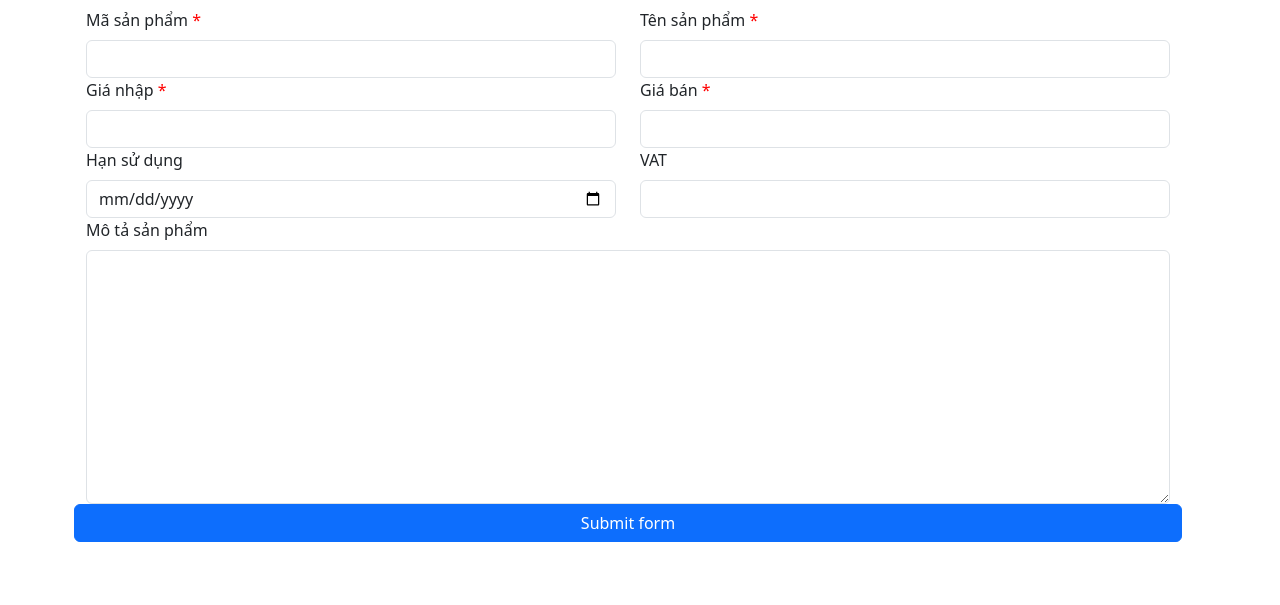
Repository: PhiKhongHoang/JSP-Servlet
Page: http://localhost/Bai10_BaiTapBatLoi/Product.jsp
These files come from the project's save history. The page is drawn as it stood at one moment and after the next save; the edit follows.
The browser window is 1280 px wide. The pictures show the whole page.
The page is served by Tomcat 9.

Above is the page before, as saved 2024-02-17 12:50:57.

### Bai10_BaiTapBatLoi/src/main/webapp/Product.jsp
<%@ page language="java" contentType="text/html; charset=UTF-8"
	pageEncoding="UTF-8"%>
<!DOCTYPE html>
<html>
<head>
<meta charset="UTF-8">
<title>Insert title here</title>
<link
	href="https://cdn.jsdelivr.net/npm/bootstrap@5.3.2/dist/css/bootstrap.min.css"
	rel="stylesheet"
	integrity="sha384-T3c6CoIi6uLrA9TneNEoa7RxnatzjcDSCmG1MXxSR1GAsXEV/Dwwykc2MPK8M2HN"
	crossorigin="anonymous">
<script
	src="https://cdn.jsdelivr.net/npm/@popperjs/core@2.11.8/dist/umd/popper.min.js"
	integrity="sha384-I7E8VVD/ismYTF4hNIPjVp/Zjvgyol6VFvRkX/vR+Vc4jQkC+hVqc2pM8ODewa9r"
	crossorigin="anonymous"></script>
<script
	src="https://cdn.jsdelivr.net/npm/bootstrap@5.3.2/dist/js/bootstrap.min.js"
	integrity="sha384-BBtl+eGJRgqQAUMxJ7pMwbEyER4l1g+O15P+16Ep7Q9Q+zqX6gSbd85u4mG4QzX+"
	crossorigin="anonymous"></script>

	<style>
		.rq {
			color: red;
		}
	</style>
</head>
<body>
	<div class="container mt-4">
		<form class="row g-3 needs-validation" action="">
			<div class="row">
				<div class="col-6">
					<label for="maSanPham" class="form-label">
						Mã sản phẩm <span class="rq">*</span>
					</label>
					<input type="text" class="form-control" id="maSanPham" name="maSanPham" required>
				</div>
				<div class="col-6">
					<label for="tenSanPham" class="form-label">
						Tên sản phẩm <span class="rq">*</span>
					</label>
					<input type="text" class="form-control" id="tenSanPham" name="tenSanPham" required>
				</div>
			</div>
			<div class="row">
				<div class="col-6">
					<label for="giaNhap" class="form-label">
						Giá nhập <span class="rq">*</span>
					</label>
					<input type="number" step="0.01" class="form-control" id="giaNhap" name="giaNhap" required>
				</div>
				<div class="col-6">
					<label for="giaBan" class="form-label">
						Giá bán <span class="rq">*</span>
					</label>
					<input type="number" step="0.01" class="form-control" id="giaBan" name="giaBan" required>
				</div>
			</div>
			<div class="row">
				<div class="col-6">
					<label for="hanSuDung" class="form-label">
						Hạn sử dụng
					</label>
					<input type="date" class="form-control" id="hanSuDung" name="hanSuDung">
				</div>
				<div class="col-6">
					<label for="vat" class="form-label">
						VAT
					</label>
					<input type="number" class="form-control" id="vat" name="vat">
				</div>
			</div>
			<div class="row">
				<div class="col-12">
					<label for="moTa" class="form-label">
						Mô tả sản phẩm
					</label>
					<textarea class="form-control" rows="10" cols="" id="moTa" name="moTa"></textarea>
				</div>
			</div>
			<div class="row">
				<button class="btn btn-primary" type="submit">Submit form</button>
			</div>
		</form>
	</div>
</body>
</html>

After the next save:
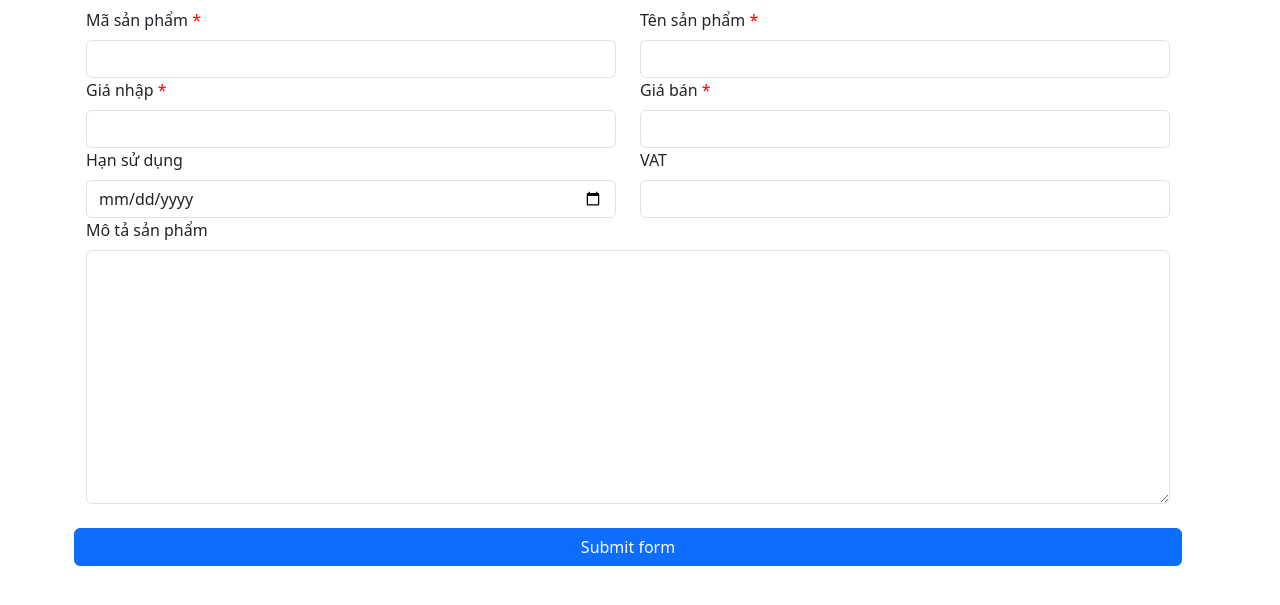
Saved 10 s later.
--- a/Bai10_BaiTapBatLoi/src/main/webapp/Product.jsp
+++ b/Bai10_BaiTapBatLoi/src/main/webapp/Product.jsp
@@ -78,7 +78,7 @@
 					<textarea class="form-control" rows="10" cols="" id="moTa" name="moTa"></textarea>
 				</div>
 			</div>
-			<div class="row">
+			<div class="row mt-4">
 				<button class="btn btn-primary" type="submit">Submit form</button>
 			</div>
 		</form>
